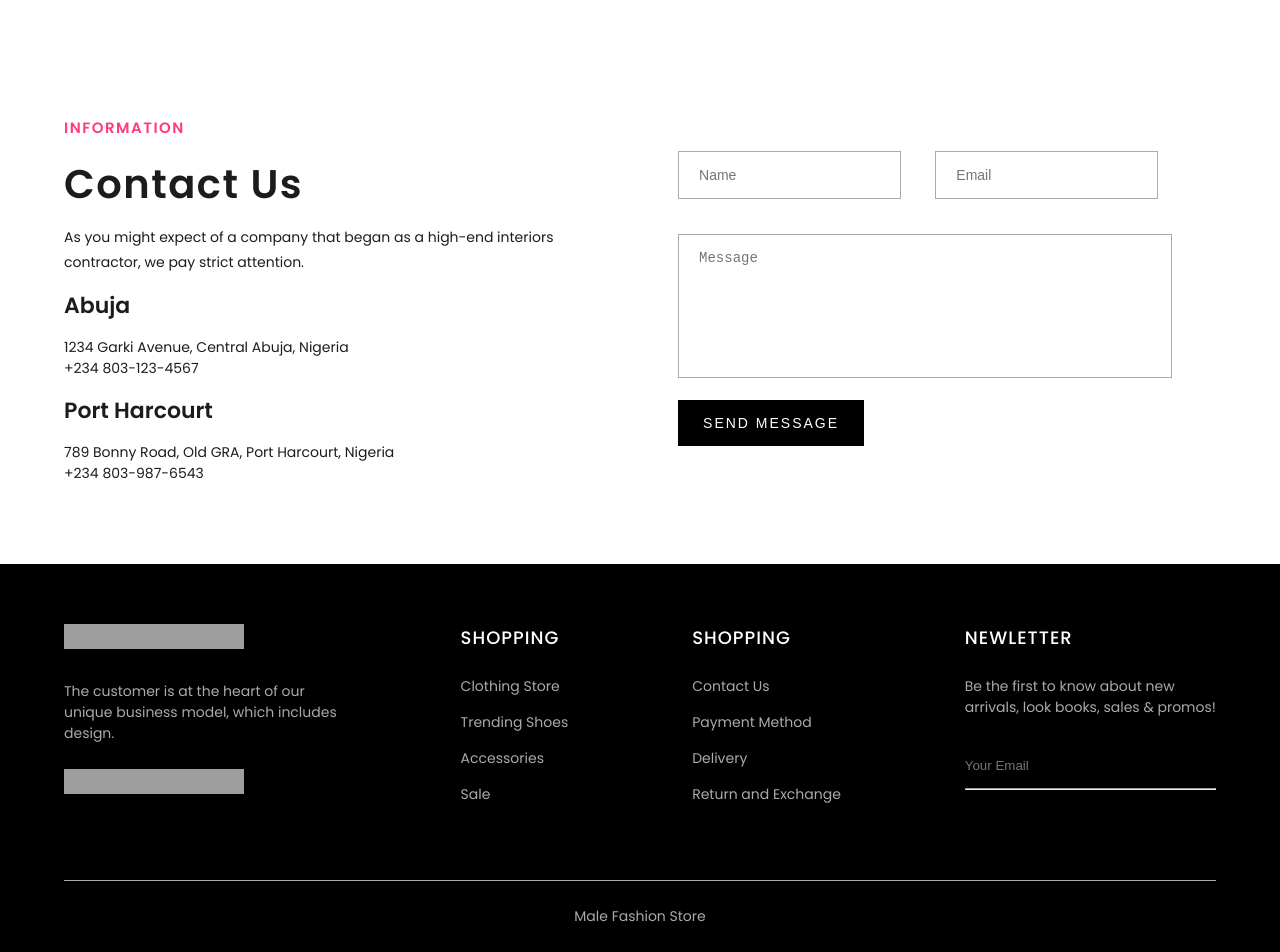
Repository: Patience225/ecommerce-app
Page: index.html
An editor plug-in stored every save of this project. The page is shown before and after the next save, followed by the edit.
The browser window is 1280 px wide. The pictures show the part of the page from y = 4128 to 5080 px (the page is 5080 px tall).
Pictures or frames that could not be fetched are drawn as grey boxes. A picture or video elsewhere on the page could not be fetched, so the positions and the page height are approximate.

Above is the page before, as saved 2025-02-10 15:38:17.

After the next save:
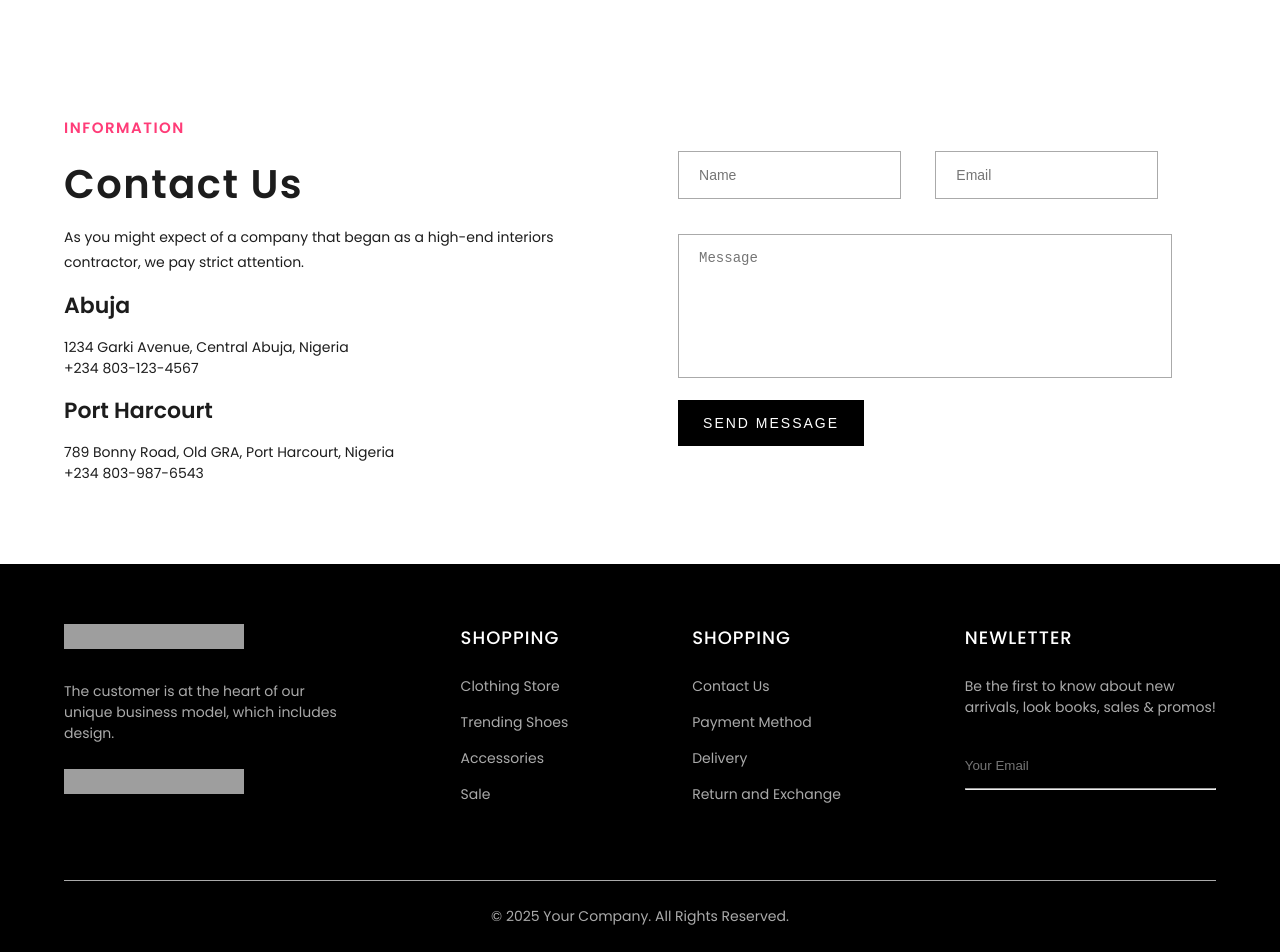
Saved 99 s later.
--- a/index.html
+++ b/index.html
@@ -518,7 +518,7 @@
       </div>
       <div class="f-design">
           <div class="f-design-txt container">
-              <p>Male Fashion Store </p>
+            <p>&copy; 2025 Your Company. All Rights Reserved.</p>
           </div>
       </div>
   </footer>
